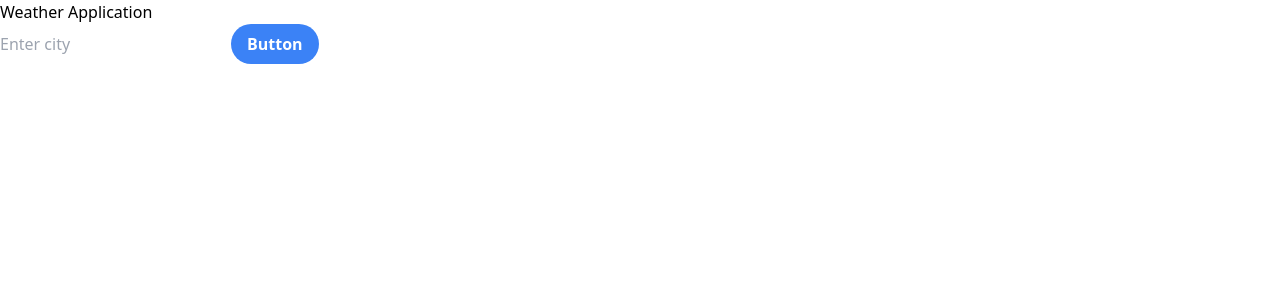
Repository: rajratangm/xweather
Page: /
An editor plug-in stored every save of this project. The page is shown before and after the next save, followed by the edit.
The browser window is 1280 px wide. The pictures show the whole page.
The project was rebuilt for these pictures with package versions that can differ from the ones it lists, and the page was loaded fresh each time. Also part of the build but not shown: src/App.css.

Above is the page before, as saved 2024-06-06 09:21:40.

### src/index.css
@tailwind base;
@tailwind components;
@tailwind utilities;

/*
body {
  margin: 0;
  font-family: -apple-system, BlinkMacSystemFont, 'Segoe UI', 'Roboto', 'Oxygen',
    'Ubuntu', 'Cantarell', 'Fira Sans', 'Droid Sans', 'Helvetica Neue',
    sans-serif;
  -webkit-font-smoothing: antialiased;
  -moz-osx-font-smoothing: grayscale;
}

code {
  font-family: source-code-pro, Menlo, Monaco, Consolas, 'Courier New',
    monospace;
} */

### src/App.js
import React, { useState, useEffect } from "react";
import "./App.css";

const WeatherApp = () => {
  const [city, setCity] = useState("");
  const [weatherData, setWeatherData] = useState([]);
  const [loading, setLoading] = useState(false);
  const API_KEY = "1fa9ff4126d95b8db54f3897a208e91c";

  const fetchWeatherData = async () => {
    setLoading(true);
    try {
      const response = await fetch(
        `https://api.openweathermap.org/data/2.5/weather?q=${city}&appid=1fa9ff4126d95b8db54f3897a208e91c&units=metric`
      );
      if (!response.ok) {
        throw new Error("Failed to fetch weather data");
      }
      const data = await response.json();
      setWeatherData(data.weather);
      setLoading(false);
    } catch (error) {
      setLoading(false);
      alert("Failed to fetch weather data");
    }
  };

  const handleSubmit = (e) => {
    e.preventDefault();
    fetchWeatherData();
  };

  return (
    <div className="weather-app">
      <h1>Weather Application</h1>
      <form onSubmit={handleSubmit}>
        <input
          type="text"
          placeholder="Enter city"
          value={city}
          onChange={(e) => setCity(e.target.value)}
        />
        {/* <button type="submit">Search</button> */}
        <button type="submit" class="bg-blue-500 hover:bg-blue-700 text-white font-bold py-2 px-4 rounded-full">
  Button
</button>


      </form>
      {loading && <p>Loading data...</p>}
      {weatherData.length > 0 && (
        <div className="weather-cards">
          {weatherData.map((weather, index) => (
            <div className="weather-card" key={index}>
              <h2>{weather.main}</h2>
              <p>{weather.description}</p>
            </div>
          ))}
        </div>
      )}
    </div>
  );
};

export default WeatherApp;

Loaded but not shown: public/index.html (common file); src/index.js (common file); src/reportWebVitals.js (common file); tailwind.config.js (common file)

After the next save:
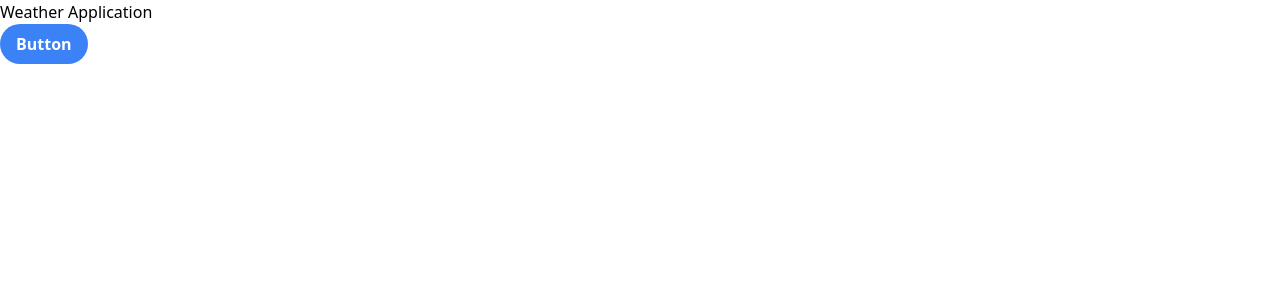
Saved 7 s later.
--- a/src/App.js
+++ b/src/App.js
@@ -34,12 +34,12 @@ const WeatherApp = () => {
     <div className="weather-app">
       <h1>Weather Application</h1>
       <form onSubmit={handleSubmit}>
-        <input
+        {/* <input
           type="text"
           placeholder="Enter city"
           value={city}
           onChange={(e) => setCity(e.target.value)}
-        />
+        /> */}
         {/* <button type="submit">Search</button> */}
         <button type="submit" class="bg-blue-500 hover:bg-blue-700 text-white font-bold py-2 px-4 rounded-full">
   Button
